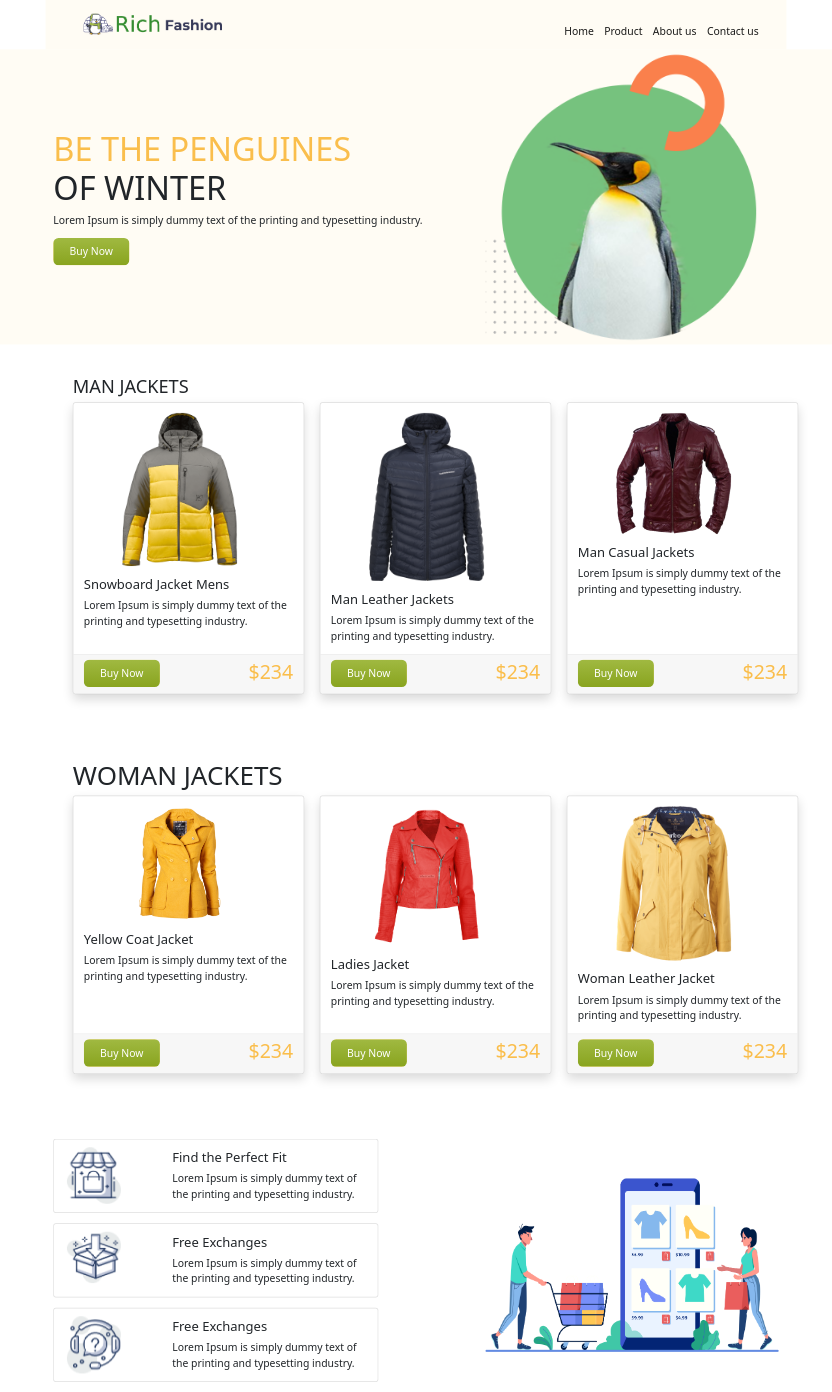
Repository: sabbircse3/fashion
Page: index.html
These files come from the project's save history. The page is drawn as it stood at one moment and after a run of saves; the edit follows.
The browser window is 1280 px wide. The pictures show the whole page, at 65% of full size.

Above is the page before, as saved 2021-01-14 04:16:24.

### index.html
<!DOCTYPE html>
<html lang="en">
<head>
    <meta charset="UTF-8">
    <meta name="viewport" content="width=device-width, initial-scale=1.0">
    <title>Rich Fashion</title>

    <link rel="stylesheet" href="css/bootstrap.min.css">
    <style>
        .bg{
            background-color: #fffbf0be;
        }
        #hmenu{
            margin: 20px 0px 0px 500px;
        }
        .half-width{
            width: 35%;
            float: left;
            margin-left: 9%;
            padding-left: 2%;
        }
        .half-width h1{
            margin-top: 150px;
        }
        .half-width img{
            width: 100%;
        }

        h1{
            font-size: 50px;
        }
        h2{
            font-size: 40px;
        }
        .name-highlight{
            color: #FABE4C;
        }
        .names{
            margin:0px 0px 100px 100px;
            position: relative;
            background-color: white;
        }
        .secound{


        }
        .secound-img{
            image-orientation: inherit;

        }
        .h-100 {
    height: 100%!important;
}
.center{
    display: block;
    margin-left:75px;
    margin-top: 15px;
    width: 50%;
}
.img-card-icon{
    margin-left: 20px;
    width: 50%;
    margin-top: 12px;
}
.btn{
    background-image: linear-gradient(to bottom, #A0B941 0%, #89A41F 100%);
    color: #fff;
    border: none;
    border-radius: 8px;
    padding: 9px 25px;
    cursor: pointer;
}
h4{
    position: relative;
    float: right;
    font-size: 30px;
    color: #FABE4C;
}

    </style>
</head>
<body>
    <header class="container bg">

        <nav class="navbar navbar-expand-lg navbar-light ">
            <div class="container-fluid">

              <a class="navbar-brand" href="#"><img src="images/Group 33072.png" alt="" width="250px"></a>

              <button class="navbar-toggler" type="button" data-bs-toggle="collapse" data-bs-target="#navbarNavAltMarkup" aria-controls="navbarNavAltMarkup" aria-expanded="false" aria-label="Toggle navigation">
                <span class="navbar-toggler-icon"></span>
              </button>

              <div class="collapse navbar-collapse hmenu"navbarNavAltMarkup">

                <div  class="navbar-nav" id="hmenu" >
                  <a class="nav-link active" aria-current="page" href="#">Home</a>
                  <a class="nav-link active" href="#">Product</a>
                  <a class="nav-link active" href="#">About us</a>
                  <a class="nav-link active" href="#" tabindex="-1" aria-disabled="true">Contact us</a>
                </div>
              </div>
            </div>
          </nav>
    </header>


    <section class="bg">
    <div class="container ">
        <div id="carouselExampleControls" class="carousel slide orange-bg" data-ride="carousel">
            <div class="carousel-inner">
              <div class="carousel-item active">
                <div class="row align-items-center">
                    <div class="col-md-7">
                        <h1><span class="name-highlight">BE THE PENGUINES <br></span>OF WINTER</h1>
                        <p>Lorem Ipsum is simply dummy text of the printing and typesetting industry.</p>
                        <button class="btn btn-warning">Buy Now</button>
                    </div>
                    <div class="col-md-5">
                        <img src="images/penguin.png" class="d-block w-100" alt="...">
                    </div>
                </div>



            </div>

          </div>
    </div>
</section>

    <section class="mt-5 names container">
        <h3>MAN JACKETS</h3>
        <div class="row row-cols-1 row-cols-md-3 g-4">
            <div class="col">
                <div class="card h-100 shadow">
                    <img src="images/image 11.png" class="card-img-top center" alt="...">
                    <div class="card-body">
                        <h5 class="card-title">Snowboard Jacket Mens</h5>
                        <p class="card-text">Lorem Ipsum is simply dummy text of the printing and typesetting industry.</p>
                    </div>
                    <div class="card-footer">
                        <h4>$234</h4>
                        <button class="btn btn-warning">Buy Now</button>
                    </div>
                </div>
            </div>
            <div class="col">
                <div class="card h-100 shadow">
                    <img src="images/toppng 1.png" class="card-img-top center" alt="...">
                    <div class="card-body">
                        <h5 class="card-title">Man Leather Jackets</h5>
                        <p class="card-text">Lorem Ipsum is simply dummy text of the printing and typesetting industry.</p>
                    </div>
                    <div class="card-footer">
                        <h4>$234</h4>
                        <button class="btn btn-warning">Buy Now</button>
                    </div>
                </div>
            </div>
            <div class="col">
                <div class="card h-100 shadow">
                    <img src="images/vippng 1.png" class="card-img-top center" alt="...">
                    <div class="card-body">
                        <h5 class="card-title">Man Casual Jackets</h5>
                        <p class="card-text">Lorem Ipsum is simply dummy text of the printing and typesetting industry.</p>
                    </div>
                    <div class="card-footer">
                        <h4>$234</h4>
                        <button class="btn btn-warning">Buy Now</button>
                    </div>
                </div>
            </div>
        </div>
    </section>

    <section class="mt-5 names container">
        <h2>WOMAN JACKETS</h2>
        <div class="row row-cols-1 row-cols-md-3 g-4">
            <div class="col">
                <div class="card h-100 shadow">
                    <img src="images/SeekPng 1.png" class="card-img-top center" alt="...">
                    <div class="card-body">
                        <h5 class="card-title">Yellow Coat Jacket</h5>
                        <p class="card-text">Lorem Ipsum is simply dummy text of the printing and typesetting industry.</p>
                    </div>
                    <div class="card-footer">
                        <h4>$234</h4>
                        <button class="btn btn-warning">Buy Now</button>
                    </div>
                </div>
            </div>
            <div class="col">
                <div class="card h-100 shadow">
                    <img src="images/image 15.png" class="card-img-top center" alt="...">
                    <div class="card-body">
                        <h5 class="card-title">Ladies Jacket</h5>
                        <p class="card-text">Lorem Ipsum is simply dummy text of the printing and typesetting industry.</p>
                    </div>
                    <div class="card-footer">
                        <h4>$234</h4>
                        <button class="btn btn-warning">Buy Now</button>
                    </div>
                </div>
            </div>
            <div class="col">
                <div class="card h-100 shadow">
                    <img src="images/PngItem_2597366 1.png" class="card-img-top center" alt="...">
                    <div class="card-body">
                        <h5 class="card-title">Woman Leather Jacket</h5>
                        <p class="card-text">Lorem Ipsum is simply dummy text of the printing and typesetting industry.</p>
                    </div>
                    <div class="card-footer">
                        <h4>$234</h4>
                        <button class="btn btn-warning">Buy Now</button>
                    </div>
                </div>
            </div>
        </div>
    </section>

    <section>
        <div class="container ">
            <div id="carouselExampleControls" class="carousel slide orange-bg" data-ride="carousel">
                <div class="carousel-inner">
                  <div class="carousel-item active">
                    <div class="row align-items-center">
                        <div class="col-md-7">
                            <div class="card mb-3" style="max-width: 500px;">
                                <div class="row g-0">
                                  <div class="col-md-4">
                                    <img src="images/image 12.png" alt="..." width="80px" class="img-card-icon">
                                  </div>
                                  <div class="col-md-8">
                                    <div class="card-body">
                                      <h5 class="card-title">Find the Perfect Fit
                                    </h5>
                                      <p class="card-text">Lorem Ipsum is simply dummy text of the printing and typesetting industry.</p>

                                    </div>
                                  </div>
                                </div>
                              </div>
                              <div class="card mb-3" style="max-width: 500px;">
                                <div class="row g-0">
                                  <div class="col-md-4">
                                    <img src="images/image 13.png" alt="..." width="80px" class="img-card-icon">
                                  </div>
                                  <div class="col-md-8">
                                    <div class="card-body">
                                      <h5 class="card-title">Free Exchanges</h5>
                                      <p class="card-text">Lorem Ipsum is simply dummy text of the printing and typesetting industry.</p>
                                    </div>
                                  </div>
                                </div>
                              </div>
                              <div class="card mb-3" style="max-width: 500px;">
                                <div class="row g-0">
                                  <div class="col-md-4">
                                    <img src="images/image 14.png" alt="..." width="80px" class="img-card-icon">
                                  </div>
                                  <div class="col-md-8">
                                    <div class="card-body">
                                      <h5 class="card-title">Free Exchanges</h5>
                                      <p class="card-text">Lorem Ipsum is simply dummy text of the printing and typesetting industry.</p>

                                    </div>
                                  </div>
                                </div>
                              </div>
                        </div>
                        <div class="col-md-5">
                            <img src="images/XMLID 1.png" class="d-block w-100" alt="...">
                        </div>
                    </div>
                </div>
              </div>
        </div>
    </section>

    <script src="js/bootstrap.min.js"></script>
</body>
</html>

Loaded but not shown: css/bootstrap.min.css (library); js/bootstrap.min.js (library)

After the next 4 saves:
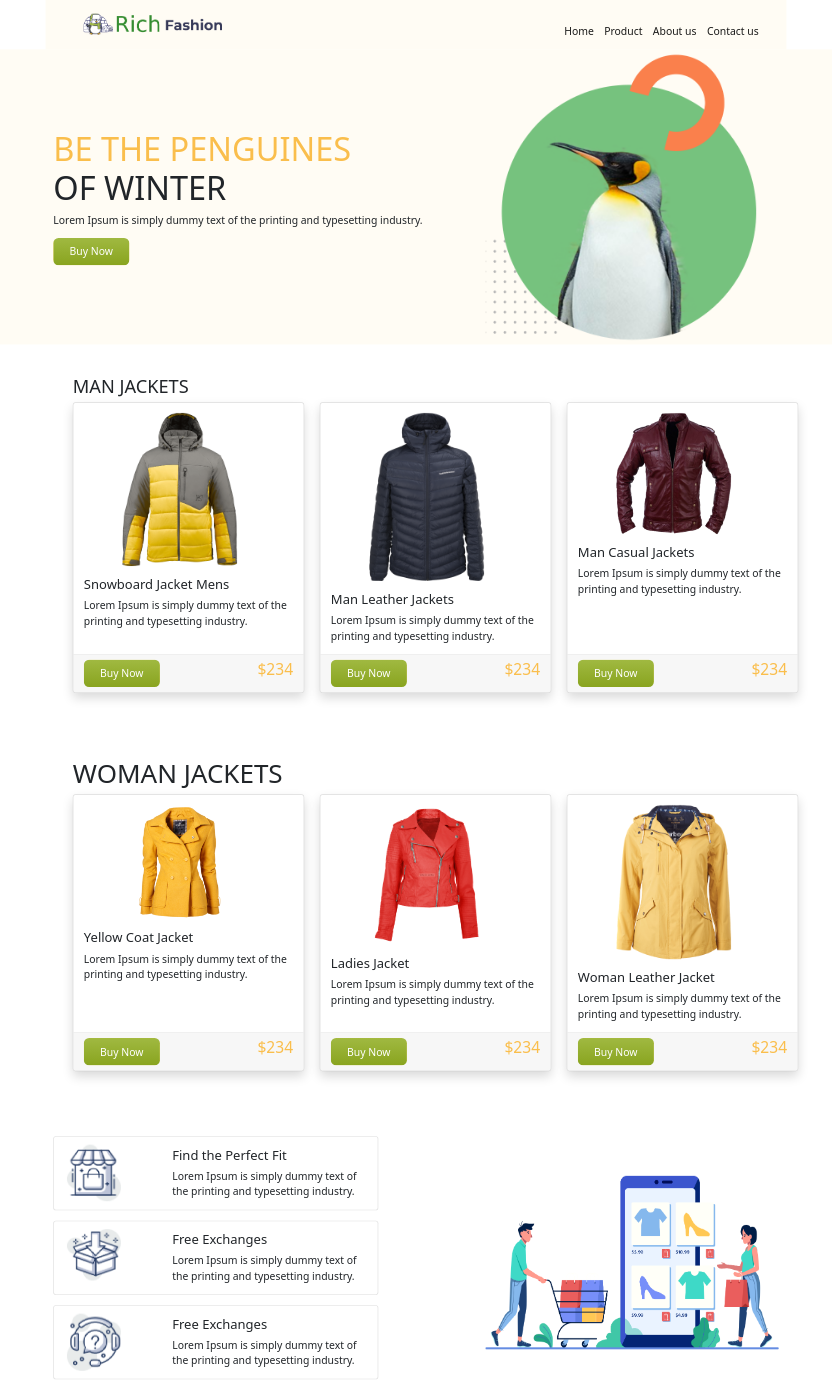
The 4 saves are shown as one change because they came seconds apart.
The last was saved 20 s later.
--- a/index.html
+++ b/index.html
@@ -73,7 +73,7 @@
 h4{
     position: relative;
     float: right;
-    font-size: 30px;
+    font-size: 30px solid blod;
     color: #FABE4C;
 }
 
